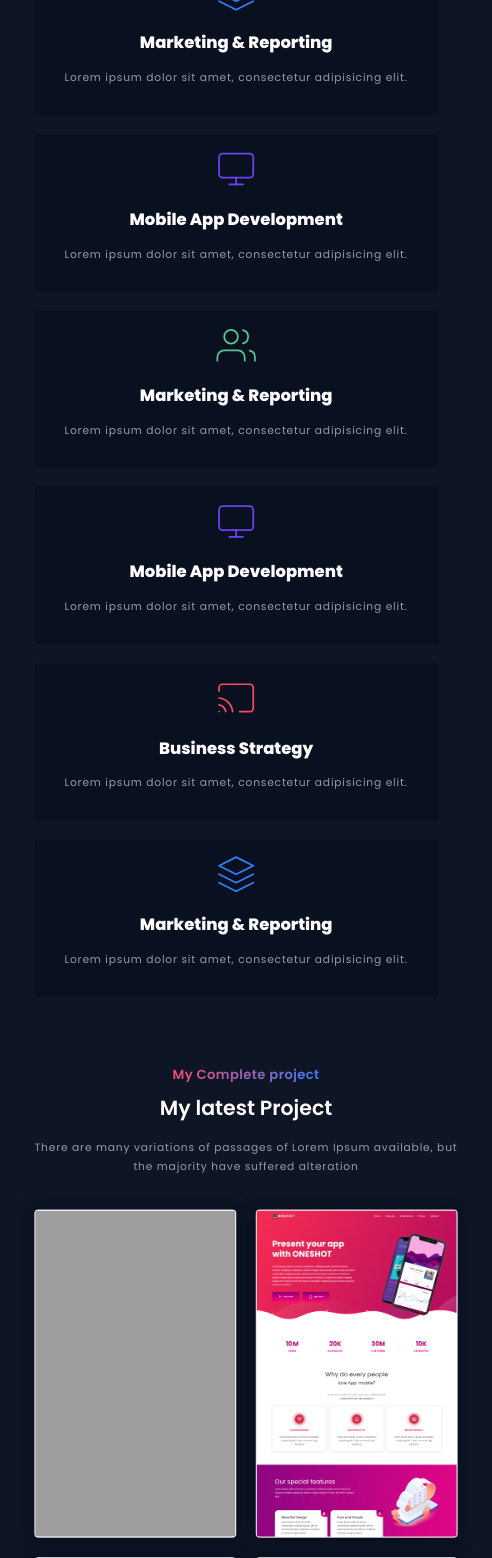
Repository: wadelfadill/Bootstrap_tache_3_responsive_portfolio
Page: index.html
These files come from the project's save history. The page is drawn as it stood at one moment and after the next save; the edit follows.
The browser window is 600 px wide. The pictures show the part of the page from y = 2594 to 4494 px (the page is 5795 px tall before and 6195 px after), at 82% of full size.
Pictures or frames that could not be fetched are drawn as grey boxes. Backgrounds fixed to the window are drawn as part of the page. Some web libraries are served in a nearby version.

Above is the page before, as saved 2023-04-12 15:02:42.

### index.html
<!DOCTYPE html>
<html lang="en">
<head>
    <meta charset="UTF-8">
    <meta http-equiv="X-UA-Compatible" content="IE=edge">
    <meta name="viewport" content="width=device-width, initial-scale=1.0">
    <title>Bootstrap_Responsive_Portfolio</title>
    <!------ FAVICON ------->
    <link rel="icon" type="image/png" href="images/favicon.png">

    <!------------ Bootstrap link --------------->
    <link href="https://cdn.jsdelivr.net/npm/bootstrap@5.1.3/dist/css/bootstrap.min.css" rel="stylesheet" integrity="sha384-1BmE4kWBq78iYhFldvKuhfTAU6auU8tT94WrHftjDbrCEXSU1oBoqyl2QvZ6jIW3" crossorigin="anonymous">

    <!-------------- Font-awsome script  ------------->
    <script src="https://kit.fontawesome.com/8f130c8a35.js" crossorigin="anonymous"></script>

    <!------------ CSS files link  ------------->
    <link rel="stylesheet" href="css/style.css">
    <link rel="stylesheet" href="css/responsive-style.css">

    <!------------- Google-Font link ---------------->
    <link rel="stylesheet" href="https://fonts.googleapis.com/css2?family=Poppins%3Awght%40100%3B200%3B300%3B400%3B500%3B600%3B700%3B800%3B900&display=swap">
</head>
<body data-bs-spy="scroll" data-bs-target=".navbar" data-bs-offset="75">
    <!------------------------------------------------------>
        <!------------- Navbar Section ----------->
        <header class="header_wrapper">
            <nav class="navbar navbar-expand-lg fixed-top">
                <div class="container">
                  <a class="navbar-brand" href="#">
                    <img src="images/logo.png" alt="logo" class="img-fluid">
                  </a>
                  <button class="navbar-toggler" type="button" data-bs-toggle="collapse" data-bs-target="#navbarNav" aria-controls="navbarNav" aria-expanded="false" aria-label="Toggle navigation">
                    <i class="fa-solid fa-bars-staggered navbar-toggler-icon"></i>
                  </button>
                  <div class="collapse navbar-collapse justify-content-end" id="navbarNav">
                    <ul class="navbar-nav menu-navbar-nav">
                      <li class="nav-item">
                        <a class="nav-link active" aria-current="page" href="#home">Home</a>
                      </li>
                      <li class="nav-item">
                        <a class="nav-link" href="#about">About</a>
                      </li>
                      <li class="nav-item">
                        <a class="nav-link" href="#services">Services</a>
                      </li>
                      <li class="nav-item">
                        <a class="nav-link" href="#portfolio">Portfolio</a>
                      </li>
                      <li class="nav-item">
                        <a class="nav-link" href="#contact">Contact</a>
                      </li>
                      <li class="nav-item mt-3 mt-lg-0">
                        <a class="main-btn" href="#contact">Hire me</a>
                      </li>
                    </ul>
                  </div>
                </div>
              </nav>
        </header>
        <!----------- Navbar section end -------->
    <!------------------------------------------------------>
        <!----------- Banner section ------------->
        <section id="home" class="banner_wrapper">
            <div class="container">
                <div class="row">
                    <div class="col-sm-12 text-center text-md-start">
                        <h6>WELCOME TO MY WORLD</h6>
                        <h1>I'me Joe Biden <br> JS Developer. <span><br>based in USA</span></h1>
                        <div class="mt-4">
                            <a href="" class="main-btn">Download CV</a>
                        </div>
                    </div>
                </div>
            </div>
        </section>
        <!----------- Banner section end --------->
    <!------------------------------------------------------>
        <!----------- About section -------------->
        <section id="about" class="about_wrapper">
            <div class="container">
              <div class="row justify-content-between align-items-center">
                  <div class="col-lg-5 mb-lg-0">
                    <img src="images/about.jpg" alt="about-img" class="img-fluid rounded-3">
                  </div>
                  <div class="col-lg-7 ps-lg-5 text-center text-lg-start">
                    <div class="my-3 my-lg-0">
                      <span class="subtitle">My About Details</span>
                      <h2>About Me</h2>
                      <p>There are many variations of passages of lorem Ipsum available, but the majority have
                        suffered in some form, by injected humour.</p>
                    </div>
                    <div class="pt-4">
                      <ul class="nav nav-pills mb-3 justify-content-center justify-content-lg-between" id="pills-tab" role="tablist">
                        <li class="nav-item" role="presentation">
                          <button class="nav-link active" id="pills-skill-tab" data-bs-toggle="pill" data-bs-target="#pills-skill" type="button" role="tab" aria-controls="pills-skill" aria-selected="true">Main skills</button>
                        </li>
                        <li class="nav-item" role="presentation">
                          <button class="nav-link" id="pills-award-tab" data-bs-toggle="pill" data-bs-target="#pills-award" type="button" role="tab" aria-controls="pills-award" aria-selected="false">Awards</button>
                        </li>
                        <li class="nav-item" role="presentation">
                          <button class="nav-link" id="pills-experiance-tab" data-bs-toggle="pill" data-bs-target="#pills-experiance" type="button" role="tab" aria-controls="pills-experiance" aria-selected="false">Experiances</button>
                        </li>
                        <li class="nav-item" role="presentation">
                          <button class="nav-link" id="pills-education-tab" data-bs-toggle="pill" data-bs-target="#pills-education" type="button" role="tab" aria-controls="pills-education" aria-selected="false">Education</button>
                        </li>
                      </ul>
                      <div class="tab-content" id="pills-tabContent">
                        <div class="tab-pane fade show active" id="pills-skill" role="tabpanel" aria-labelledby="pills-skill-tab" tabindex="0">
                            <div class="single-progress">
                                <h6>Designing</h6>
                                <div class="progress">
                                  <div class="progress-bar" role="progressbar" aria-label="Basic example" style="width: 95%" aria-valuenow="25" aria-valuemin="0" aria-valuemax="100"></div>
                                </div>
                                <span class="label">95%</span>
                            </div>
                            <div class="single-progress">
                              <h6>Management</h6>
                              <div class="progress">
                                <div class="progress-bar" role="progressbar" aria-label="Basic example" style="width: 85%" aria-valuenow="25" aria-valuemin="0" aria-valuemax="100"></div>
                              </div>
                              <span class="label">85%</span>
                            </div>
                            <div class="single-progress">
                              <h6>Designing</h6>
                              <div class="progress">
                                <div class="progress-bar" role="progressbar" aria-label="Basic example" style="width: 95%" aria-valuenow="25" aria-valuemin="0" aria-valuemax="100"></div>
                              </div>
                              <span class="label">95%</span>
                            </div>
                            <div class="single-progress">
                              <h6>Marketing</h6>
                              <div class="progress">
                                <div class="progress-bar" role="progressbar" aria-label="Basic example" style="width: 75%" aria-valuenow="25" aria-valuemin="0" aria-valuemax="100"></div>
                              </div>
                              <span class="label">75%</span>
                            </div>
                            <div class="single-progress">
                              <h6>Development</h6>
                              <div class="progress">
                                <div class="progress-bar" role="progressbar" aria-label="Basic example" style="width: 80%" aria-valuenow="25" aria-valuemin="0" aria-valuemax="100"></div>
                              </div>
                              <span class="label">80%</span>
                            </div>
                        </div>
                        <div class="tab-pane fade" id="pills-award" role="tabpanel" aria-labelledby="pills-award-tab" tabindex="0">
                          <ul class="text-start ps-0">
                            <li>
                              <a href="#">
                              Awards.com<span>- Winner</span></a> 2019 -2020</li>
                            <li>
                              <a href="#">
                              CSS Design Awards<span>- Winner</span></a> 2017 - 2018</li>
                            <li>
                              <a href="#">
                              Design nominees<span>- Site of the day</span></a></li>
                            <li>
                              <a href="#">
                              Awards.com<span>- Winner</span></a> 2019 - 2020</li>
                          </ul>
                        </div>
                        <div class="tab-pane fade" id="pills-experiance" role="tabpanel" aria-labelledby="pills-experiance-tab" tabindex="0">
                          <ul class="text-start ps-0">
                              <li><a href="#">Sr. Front-end Engineer <span>- Google</span></a>2018 - Current</li>
                              <li><a href="#">Front-end Engineer<span>- Microsoft</span></a> 2017 - 2018</li>
                              <li><a href="#">Software Engineer<span>- Alibaba</span></a> 2013 - 2014</li>
                              <li><a href="#">Software Engineer<span>- Alibaba</span></a> 2013 - 2014</li>
                          </ul>
                        </div>
                        <div class="tab-pane fade" id="pills-education" role="tabpanel" aria-labelledby="pills-education-tab" tabindex="0">
                          <ul class="text-start ps-0">
                            <li><a href="#">Bsc In CSE <span>- ABC University, Los Angeles, CA</span></a>2010</li>
                            <li><a href="#">Dilploma in Computer Science<span>- Gama Technical</span></a> 2009</li>
                            <li><a href="#">Graphic Designer<span>- ABC Institute, Los Angeles, CA</span></a> 2007</li>
                            <li><a href="#">Graphic Designer<span>- ABC Institute, Los Angeles, CA</span></a> 2007</li>
                        </ul>
                        </div>
                      </div>
                    </div>
                  </div>
              </div>
            </div>
        </section>
        <!----------- About section end ---------->
    <!------------------------------------------------------->
        <!----------- Services section ----------->
        <section id="services" class="services_wrapper">
            <div class="container">
              <div class="row">
                <div class="col-sm-12 text-center mb-4">
                  <span class="subtitle">
                    What I can do for you
                  </span>
                  <h2>My Awesome Service</h2>
                  <p>There are many variations of passages of Lorem Ipsum available,
                    <br class="d-none d-md-block"> but the majority have suufered alteration.</p>
                </div>
                <div class="row">
                  <div class="col-lg-4 col-md-6 mb-4">
                    <div class="card">
                      <div class="card-body text-md-start text-center">
                        <img src="images/service/service-1.svg" alt="service-img-1" class="img-fluid mb-4">
                        <h3>Business Strategy</h3>
                        <p>Lorem ipsum dolor sit amet, consectetur adipisicing elit.</p>
                      </div>
                    </div>
                  </div>
                  <div class="col-lg-4 col-md-6 mb-4">
                    <div class="card">
                      <div class="card-body text-md-start text-center">
                        <img src="images/service/service-1.svg" alt="service-img-1" class="img-fluid mb-4">
                        <h3>Business Strategy</h3>
                        <p>Lorem ipsum dolor sit amet, consectetur adipisicing elit.</p>
                      </div>
                    </div>
                  </div>
                  <div class="col-lg-4 col-md-6 mb-4">
                    <div class="card">
                      <div class="card-body text-md-start text-center">
                        <img src="images/service/service-2.svg" alt="service-img-1" class="img-fluid mb-4">
                        <h3>Marketing & Reporting</h3>
                        <p>Lorem ipsum dolor sit amet, consectetur adipisicing elit.</p>
                      </div>
                    </div>
                  </div>
                  <div class="col-lg-4 col-md-6 mb-4">
                    <div class="card">
                      <div class="card-body text-md-start text-center">
                        <img src="images/service/service-3.svg" alt="service-img-1" class="img-fluid mb-4">
                        <h3>Mobile App Development</h3>
                        <p>Lorem ipsum dolor sit amet, consectetur adipisicing elit.</p>
                      </div>
                    </div>
                  </div>
                  <div class="col-lg-4 col-md-6 mb-4">
                    <div class="card">
                      <div class="card-body text-md-start text-center">
                        <img src="images/service/service-4.svg" alt="service-img-1" class="img-fluid mb-4">
                        <h3>Marketing & Reporting</h3>
                        <p>Lorem ipsum dolor sit amet, consectetur adipisicing elit.</p>
                      </div>
                    </div>
                  </div>
                  <div class="col-lg-4 col-md-6 mb-4">
                    <div class="card">
                      <div class="card-body text-md-start text-center">
                        <img src="images/service/service-3.svg" alt="service-img-1" class="img-fluid mb-4">
                        <h3>Mobile App Development</h3>
                        <p>Lorem ipsum dolor sit amet, consectetur adipisicing elit.</p>
                      </div>
                    </div>
                  </div>
                  <div class="col-lg-4 col-md-6 mb-4">
                    <div class="card">
                      <div class="card-body text-md-start text-center">
                        <img src="images/service/service-1.svg" alt="service-img-1" class="img-fluid mb-4">
                        <h3>Business Strategy</h3>
                        <p>Lorem ipsum dolor sit amet, consectetur adipisicing elit.</p>
                      </div>
                    </div>
                  </div>
                  <div class="col-lg-4 col-md-6 mb-4">
                    <div class="card">
                      <div class="card-body text-md-start text-center">
                        <img src="images/service/service-2.svg" alt="service-img-1" class="img-fluid mb-4">
                        <h3>Marketing & Reporting</h3>
                        <p>Lorem ipsum dolor sit amet, consectetur adipisicing elit.</p>
                      </div>
                    </div>
                  </div>
                </div>
              </div>
            </div>
        </section>
        <!----------- Services section end ------->
    <!------------------------------------------------------->
        <!----------- Portfolio section ---------->
        <section id="portfolio" class="portfolio_wrapper">
            <div class="container">
              <div class="row">
                <div class="col-sm-12 text-center mb-4">
                  <span class="subtitle">My Complete project</span>
                  <h2>My latest Project</h2>
                  <p>There are many variations of passages of Lorem Ipsum available,
                     <br class="d-none d-md-block">
                     but the majority have suffered alteration
                  </p>
                </div>
              </div>
              <div class="row">
                <div class="col-lg-3 col-sm-6 mb-4">
                  <div class="card p-0">
                    <span style="background-image: url('./images/portfolio/Foodies.png');"></span>
                  </div>
                </div>
                <div class="col-lg-3 col-sm-6 mb-4">
                  <div class="card p-0">
                    <span style="background-image: url('./images/portfolio/App-Landing-Page.png');"></span>
                  </div>
                </div>
                <div class="col-lg-3 col-sm-6 mb-4">
                  <div class="card p-0">
                    <span style="background-image: url('./images/portfolio/Christmas-Landing-Page.png');"></span>
                  </div>
                </div>
                <div class="col-lg-3 col-sm-6 mb-4">
                  <div class="card p-0">
                    <span style="background-image: url('./images/portfolio/Ecommerce-Jewellery-Website.png');"></span>
                  </div>
                </div>
                <div class="col-lg-3 col-sm-6 mb-4">
                  <div class="card p-0">
                    <span style="background-image: url('./images/portfolio/E-Commerce-Website-Using-Bootstap-5.png');"></span>
                  </div>
                </div>
                <div class="col-lg-3 col-sm-6 mb-4">
                  <div class="card p-0">
                    <span style="background-image: url('./images/portfolio/Hashtag-Landing-Page.png');"></span>
                  </div>
                </div>
                <div class="col-lg-3 col-sm-6 mb-4">
                  <div class="card p-0">
                    <span style="background-image: url('./images/portfolio/HeadPhones.png');"></span>
                  </div>
                </div>
                <div class="col-lg-3 col-sm-6 mb-4">
                  <div class="card p-0">
                    <span style="background-image: url('./images/portfolio/Pizza-Landing-Page.png');"></span>
                  </div>
                </div>
              </div>
            </div>
        </section>
        <!----------- Portfolio section end ----->
    <!------------------------------------------------------->
        <!----------- Contact section ----------->

        <!----------- Contact section end ------->
    <!------------------------------------------------------->
        <!------------ Footer section ----------->

        <!------------ Footer section end ------->
    <!------------------------------------------------------->
        <!-- JS file link -->
        <script src="js/main.js"></script>
        <!---------------- bootstrap script -------------->
        <script src="https://cdn.jsdelivr.net/npm/bootstrap@5.1.3/dist/js/bootstrap.bundle.min.js" integrity="sha384-ka7Sk0Gln4gmtz2MlQnikT1wXgYsOg+OMhuP+IlRH9sENBO0LRn5q+8nbTov4+1p" crossorigin="anonymous"></script>
</body>
</html>

### css/responsive-style.css
@media (max-width:991px){

    /* Custom css */
    section{
        padding: 30px 0;
    }
    h2{
        font-size: 30px;
        line-height: 40px;
    }
    h3{
        font-size: 20px;
    }
    /* 2. Navbar */
    .header-scrolled{
        height: auto;
    }
    .header_wrapper .menu-navbar-nav{
        text-align: center;
        background-color: var(--bg-dark-blue);
        padding-bottom: 15px;
    }
    .header_wrapper .nav-item .nav-link{
        margin-top: 15px;
    }
    /* banner wrapper */
    .banner_wrapper{
        padding: 200px 0;
    }
    /* About wrapper */
    .about_wrapper ul.nav-pills{
        width: 61%;
        margin: auto;
    }
    /* portfolio */
    .portfolio_wrapper .card{
        min-height: 400px;
    }

}



@media (max-width:767px){
    /* Custom css */
    section{
        padding: 30px 0;
    }
    h1{
        font-size: 40px;
        line-height: 48px;
    }
    h2{
        font-size: 25px;

    }
    p{
        font-size: 13px;
        line-height: 24px;
    }
    /* About wrapper */
    .about_wrapper ul.nav-pills{
        width: 100%;
        margin: auto;
        border: 0;
    }
    /* About wrapper */
    .about_wrapper ul.nav-pills{
        width: 61%;
        /* margin: auto; */
    }
    .about_wrapper ul li .nav-link{
        font-size: 13px;
    }
}

Loaded but not shown: js/main.js (18 lines, source omitted); css/style.css (304 lines, source omitted)

After the next save:
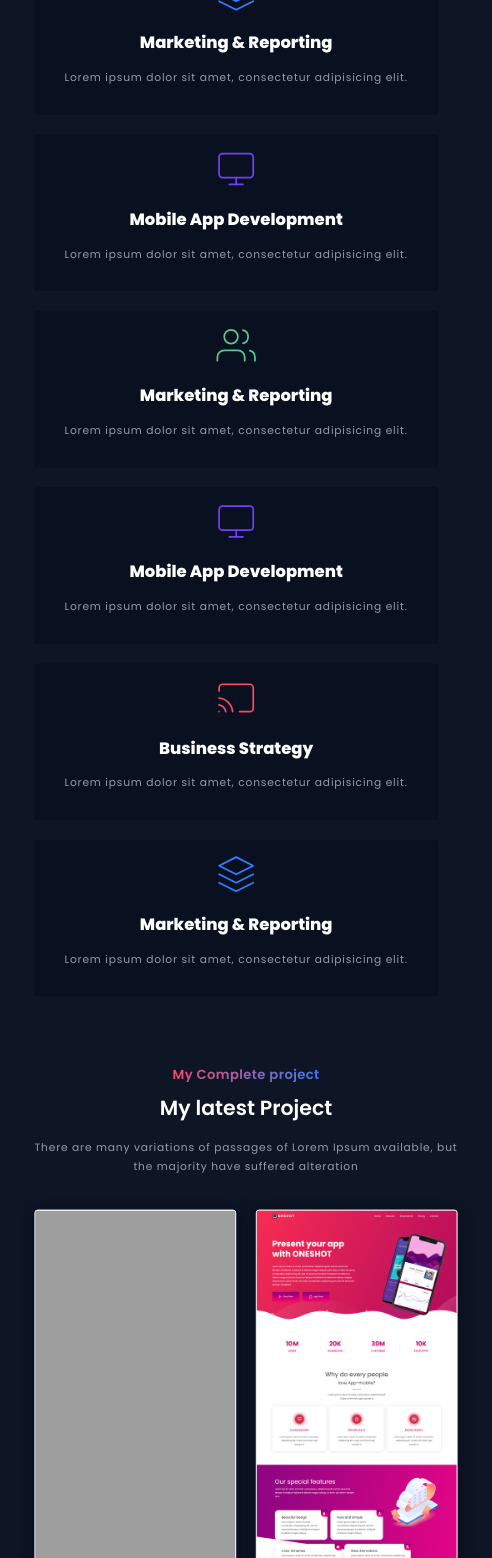
Saved 2 min 31 s later.
--- a/css/responsive-style.css
+++ b/css/responsive-style.css
@@ -72,4 +72,7 @@
     .about_wrapper ul li .nav-link{
         font-size: 13px;
     }
+    .portfolio_wrapper .card{
+        min-height: 500px;
+    }
 }
